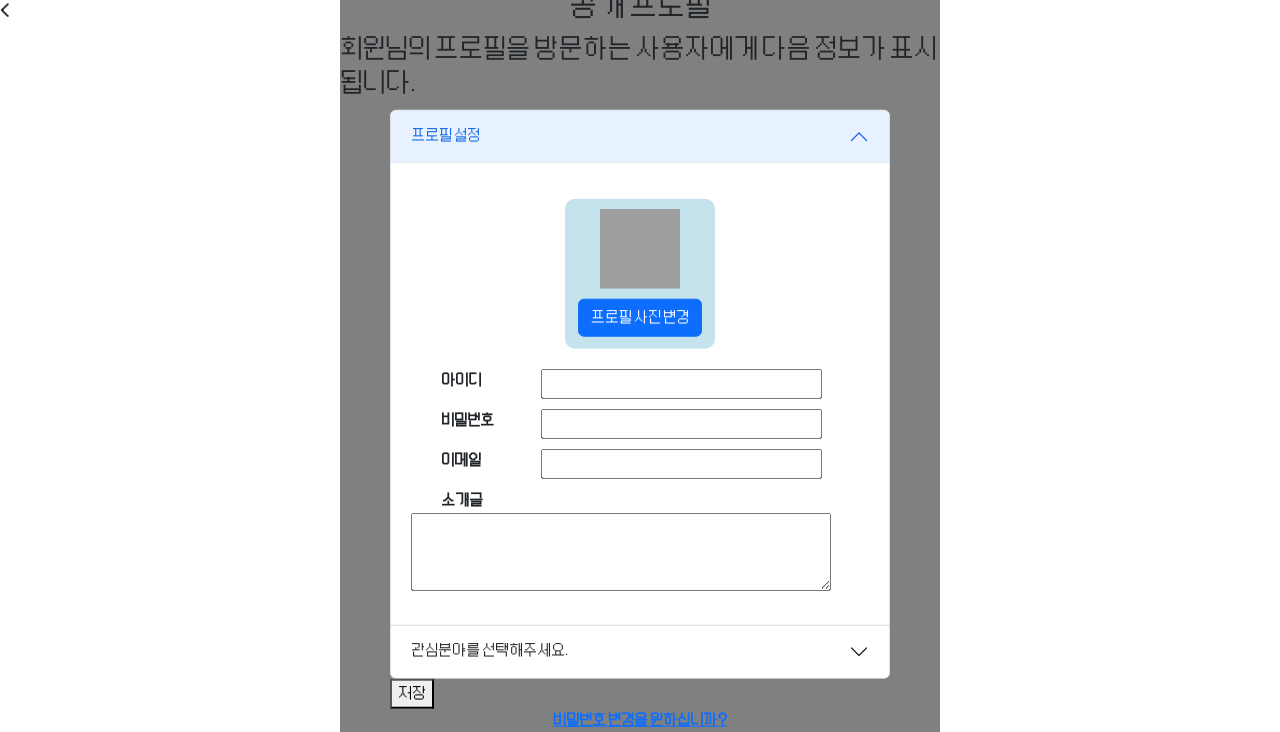
Repository: novemberjj/projects
Page: http://localhost/markup/WEB-INF/views/user/modify.jsp
An editor plug-in stored every save of this project. The page is shown before and after the next save, followed by the edit.
The browser window is 1280 px wide. The pictures show the whole page.
Pictures or frames that could not be fetched are drawn as grey boxes. Some web fonts or font styles are not loaded; a fallback is used. The page is served by Tomcat 9. Nobody is signed in. Other server files are loaded and not shown. The template is opened directly, without the code that normally fills it, so the values that code supplies are empty.

Above is the page before, as saved 2023-07-20 00:51:43.

### project2/_spring_team8/_spring_team8/markup/src/main/webapp/WEB-INF/views/user/modify.jsp
<%@ page language="java" contentType="text/html; charset=UTF-8" pageEncoding="UTF-8"%>
<!DOCTYPE html>
<html>
<head>
<meta charset="UTF-8">
<title>Insert title here</title>
<link href="https://cdn.jsdelivr.net/npm/bootstrap@5.2.3/dist/css/bootstrap.min.css" rel="stylesheet"
	integrity="sha384-rbsA2VBKQhggwzxH7pPCaAqO46MgnOM80zW1RWuH61DGLwZJEdK2Kadq2F9CUG65" crossorigin="anonymous">
<link rel="stylesheet" href="https://fonts.googleapis.com/css2?family=Material+Symbols+Outlined:opsz,wght,FILL,GRAD@48,400,0,0" />
<link href="../../resources/css/user/userModify.css" rel="stylesheet">
</head>
<body>

<script
	src="https://cdn.jsdelivr.net/npm/bootstrap@5.2.3/dist/js/bootstrap.bundle.min.js"
	integrity="sha384-kenU1KFdBIe4zVF0s0G1M5b4hcpxyD9F7jL+jjXkk+Q2h455rYXK/7HAuoJl+0I4"
	crossorigin="anonymous"></script>
<div class="joinbox">
<h2>공개 프로필</h2>
<h3>회원님의 프로필을 방문하는 사용자에게 다음 정보가 표시됩니다.</h3>
<form action="/member/modify" method="post" enctype="multipart/form-data">
	<div style="width: 500px;">
		<div class="accordion" id="accordionPanelsStayOpenExample">
			<div class="accordion-item">
				<h2 class="accordion-header" id="panelsStayOpen-headingOne">
					<button class="accordion-button" type="button" data-bs-toggle="collapse"
						data-bs-target="#panelsStayOpen-collapseOne" aria-expanded="true"
						aria-controls="panelsStayOpen-collapseOne">프로필 설정</button>
				</h2>
				<div id="panelsStayOpen-collapseOne" class="accordion-collapse collapse show"
					aria-labelledby="panelsStayOpen-headingOne">
					<div class="accordion-body">


					<!-- <div class="imgbox">
                <div id="previewbox">
                <img alt="" src="../../resources/images/profile/24.png" id="preview">
                </div>
               <button type="button" class="btn btn-primary profileBtn" data-bs-toggle="modal" data-bs-target="#staticBackdrop" id="close">
                  프로필 사진 설정
                </button>
				</div> -->

					<div class="imgbox">
					    <div id="previewbox">
					    <img alt="" src="/upload/profile/${uvo.imgFile }"  id="preview">
					    </div>
					    <!-- Button trigger modal -->
					    <button type="button" class="btn btn-primary profileBtn" data-bs-toggle="modal" data-bs-target="#staticBackdrop" id="close">프로필 사진 변경</button>
					    <input type="file" name="img" style="display: none">
					    </div>


					    <div class="modifyinputbox">
					    <div class="boxbox">
					    <div class="jointitle">아이디</div>
					    <input type="text" name="id" value="${uvo.id }" readonly="readonly"></div>
					     <div class="boxbox">
					    <div class="jointitle">비밀번호</div>
					    <input type="text" name="name" value="${uvo.name }">  </div>
					    <div class="boxbox">
					    <div class="jointitle">이메일</div>
					     <input type="email" name="email" value="${uvo.email }">   </div>
					     <div class="boxbox">
					    <div class="jointitle">소개글</div>
					    <textarea rows="3" cols="30" name="ucontent">${uvo.ucontent }</textarea></div>

					    </div>
					</div>

				</div>
			</div>
			<div class="accordion-item">
				<h2 class="accordion-header" id="panelsStayOpen-headingTwo">
					<button class="accordion-button collapsed" type="button"
						data-bs-toggle="collapse"
						data-bs-target="#panelsStayOpen-collapseTwo" aria-expanded="false"
						aria-controls="panelsStayOpen-collapseTwo">관심분야를 선택해주세요.</button>
				</h2>
				<div id="panelsStayOpen-collapseTwo" class="accordion-collapse collapse" aria-labelledby="panelsStayOpen-headingTwo">
				    <div class="accordion-body">
				      <div class="tagbox">
              <label for="checkbox1">
                <input type="checkbox" value="광물" id="checkbox1" name="utag" class="tags" ${uvo.utag.contains("광물") ? "checked" : ""}>광물</label>
                 <label for="checkbox2">
                <input type="checkbox" value="pvp" id="checkbox2" name="utag" class="tags"${uvo.utag.contains("pvp") ? "checked" : ""}>pvp</label>
                 <label for="checkbox3">
                <input type="checkbox" value="야생" id="checkbox3" name="utag" class="tags" ${uvo.utag.contains("야생") ? "checked" : ""}>야생</label>
                 <label for="checkbox4">
                <input type="checkbox" value="건축" id="checkbox4" name="utag" class="tags" ${uvo.utag.contains("건축") ? "checked" : ""}>건축</label>
                 <label for="checkbox5">
                <input type="checkbox" value="모드" id="checkbox5" name="utag" class="tags" ${uvo.utag.contains("모드") ? "checked" : ""}>모드</label>
                 <label for="checkbox6">
                <input type="checkbox" value="플러그인" id="checkbox6" name="utag" class="tags" ${uvo.utag.contains("플러그인") ? "checked" : ""}>플러그인</label>
                 <label for="checkbox7">
                <input type="checkbox" value="스킨" id="checkbox7" name="utag" class="tags" ${uvo.utag.contains("스킨") ? "checked" : ""}>스킨</label>
                 <label for="checkbox8">
                <input type="checkbox" value="텍스쳐팩" id="checkbox8" name="utag" class="tags" ${uvo.utag.contains("텍스쳐팩") ? "checked" : ""}>텍스쳐팩</label>
                 <label for="checkbox9">
                <input type="checkbox" value="쉐이더" id="checkbox9" name="utag" class="tags" ${uvo.utag.contains("쉐이더") ? "checked" : ""}>쉐이더</label>
               <label for="checkbox10">
                <input type="checkbox" value="귀여운 사진" id="checkbox10" name="utag" class="tags" ${uvo.utag.contains("귀여운 사진") ? "checked" : ""}>귀여운 사진</label>
                </div>

				       <%--  <input type="checkbox" value="광물" name="utag" ${uvo.utag.contains("광물") ? "checked" : ""}>광물
				        <input type="checkbox" value="pvp" name="utag" ${uvo.utag.contains("pvp") ? "checked" : ""}>pvp
				        <input type="checkbox" value="야생" name="utag" ${uvo.utag.contains("야생") ? "checked" : ""}>야생
				        <input type="checkbox" value="건축" name="utag" ${uvo.utag.contains("건축") ? "checked" : ""}>건축
				        <input type="checkbox" value="모드" name="utag" ${uvo.utag.contains("모드") ? "checked" : ""}>모드
				        <br>
				        <input type="checkbox" value="플러그인" name="utag" ${uvo.utag.contains("플러그인") ? "checked" : ""}>플러그인
				        <input type="checkbox" value="스킨" name="utag" ${uvo.utag.contains("스킨") ? "checked" : ""}>스킨
				        <input type="checkbox" value="텍스쳐팩" name="utag" ${uvo.utag.contains("텍스쳐팩") ? "checked" : ""}>텍스쳐팩
				        <input type="checkbox" value="쉐이더" name="utag" ${uvo.utag.contains("쉐이더") ? "checked" : ""}>쉐이더
				        <input type="checkbox" value="귀여운 사진" name="utag" ${uvo.utag.contains("귀여운 사진") ? "checked" : ""}>귀여운 사진 --%>
				    </div>
				</div>
			</div>
		</div>
	</div>

<button type="submit">저장</button>
</form>
<a href="#" data-bs-toggle="modal" data-bs-target="#exampleModal" data-bs-whatever="@mdo">비밀번호 변경을 원하십니까?</a>
</div>

 <!-- Modal -->
					    <div class="modal fade hidePrevented.bs.modal" id="staticBackdrop" data-bs-backdrop="static" data-bs-keyboard="false" tabindex="-1" aria-labelledby="staticBackdropLabel" aria-hidden="true">
					        <div class="modal-dialog modal-lg modal-dialog-centered">
					            <div class="modal-content">
					                <div class="modal-header">
					                    <h1 class="modal-title fs-5" id="staticBackdropLabel">프로필 사진 변경</h1>
					                    <button type="button" class="btn-close" data-bs-dismiss="modal" aria-label="Close"></button>
					                </div>
					                <div class="modal-body">
					                    <div id="choiceImg">
					                        <img class="profile_img" src="../../resources/images/profile/zombie.png"  onclick="showPreview('/resources/images/profile/zombie.png')">
					                        <img class="profile_img" src="../../resources/images/profile/villager.png"  onclick="showPreview('/resources/images/profile/villager.png')">
					                        <img class="profile_img" src="../../resources/images/profile/enderman.jpg"  onclick="showPreview('/resources/images/profile/enderman.jpg')">
					                        <img class="profile_img" src="../../resources/images/profile/pig.jpg"  onclick="showPreview('/resources/images/profile/pig.jpg')">
					                        <img class="profile_img" src="../../resources/images/profile/steve.jpg"  onclick="showPreview('/resources/images/profile/steve.jpg')">
					                        <img id="mypic" src="../../resources/images/profile/24.png" alt="Preview" >
					                        <input type="file" name="img" id="file" accept="image/png, image/jpg, image/jpeg, image/bmp, image/gif" style="display: none" onchange="previewImage(this)">
					                    </div>
					                </div>
					            </div>
					        </div>
					    </div>


<<div class="modal fade hidePrevented.bs.modal" id="exampleModal" data-bs-backdrop="static" tabindex="-1" aria-labelledby="exampleModalLabel" aria-hidden="true">
    <div class="modal-dialog">
        <div class="modal-content">
            <div class="modal-header">
                <h1 class="modal-title fs-5" id="exampleModalLabel">비밀번호 변경</h1>
                <button type="button" class="btn-close" data-bs-dismiss="modal" aria-label="Close"></button>
            </div>
            <div class="modal-body">
                <form>
                    <div class="mb-3">
                        <label for="recipient-name" class="col-form-label">기존 비밀번호를 입력해주세요.</label>
                        <input type="hidden" value="${ses.id }" name="id" id="id"> <br>
                        <input type="password" class="form-control" id="oldPw">
                        <button type="button" id="checkBtn">확인</button>
                        <span id="resultMent"></span>
                    </div>
                </form>
            </div>
        </div>
    </div>
</div>




<script type="text/javascript" src="/resources/js/user/userModify.js"></script>

</body>
</html>

### project2/_spring_team8/_spring_team8/markup/src/main/webapp/resources/css/user/userModify.css
@charset "UTF-8";
@font-face {
    font-family: "galmuri";
    src: url("/resources/fonts/Galmuri9.ttf") format("truetype");
  }
  @font-face {
    font-family: "stardust";
    src: url("/resources/fonts/PF스타더스트.ttf") format("truetype");
  }

body {
    font-family: "stardust", sans-serif;
    font-size: 16px;
    font-weight: 600;
    position: relative;
  height: 100vh;
  margin: 0;
  padding: 0;

  }

  .joinbox{
    background-color: gray;
    width: 600px;
    position: absolute;
  left: 50%;
    top: 50%;
    transform: translate(-50%,-50%);

   display: flex;
    flex-direction: column;
    align-items: center;
    justify-content: center;
  }

  .jointitle{
    float: left;
    width: 100px;
    margin-left: 30px;

  }

  .boxbox{
   margin-bottom: 10px;
  }

  .imgbox{
    margin-top: 20px;
    width: 150px;
    height: 150px;
    background-color:rgba(173, 216, 230, 0.712);
    text-align: center;
    position: relative;
    left: 50%;
    transform: translateX(-50%);
    border-radius: 10px 10px 10px 10px;
    margin-bottom: 20px;

  }

  #previewbox{
    margin-bottom: 10px;
  }

  .profile_img{
    margin-right: 15px;
    width: 80px;
    height: 80px;
  }

  #preview{
    margin-top: 10px;
    width: 80px;
    height: 80px;
  }

  #choiceImg{
    width: 600px;
    position: relative;
    left: 50%;
    transform: translate(-50%);
  }

  #mypic{
    border: 1ps solid black;
    width: 80px;
    height: 80px;
  }

  .profileBtn{
    margin-bottom: 10px;
  }

  .tagbox{
    margin-top: 20px;
    margin-bottom: 20px;
    line-height: 40px;
  }

  .tagbox > label{
    width: 90px;

  }

  .tagbox > label> input{
    margin-right: 5px;
  }

  #formBtn{
    position: relative;
    left: 50%;
    transform: translateX(-50%);
    margin-top: 30px;
    margin-bottom: 30px;
  }

  .pwchangeBtn{
    margin-bottom: 30px;
  }
  .pwchangeBtn > a{

    font-size: 18px;
    color: white;

  }

  .pwchangeBtn > a:hover{

    font-size: 18px;
    color: black;

  }

### project2/_spring_team8/_spring_team8/markup/src/main/webapp/resources/js/user/userModify.js
async function pwcheckToServer(userData){
try{
    console.log(userData);
    const url='/member/certify';
    const config={
        method:'post',
        headers:{
            'content-type':'application/json; charset=utf-8'
        },
        body:JSON.stringify(userData)
    };
    const resp=await fetch(url, config);
    const result=await resp.text();
    return result;
}catch(err){
    console.log(err);
}
}

document.getElementById('checkBtn').addEventListener('click',()=>{
    userData={
        id: document.getElementById('id').value,
        pw: document.getElementById('oldPw').value

    }
    console.log(userData.id, userData.pw);
    pwcheckToServer(userData).then(result=>{
        if(result>0){
            let li=`<ul><li><span class="material-symbols-outlined">check</span> 비밀번호가 확인되었습니다.</li>`;
            li+=`<li>변경할 비밀번호를 입력해주세요.</li>`;
            li +=`<li id="pwMent"><input type="password" id="newPw" class="form-control newPw"><span id="spanment"></span></li>`;
            li +=`<li>비밀번호 재확인 <input type="password" id="pwCheck" class="form-control pwCheck"><span id="checkment"></span></li>`;
            li+=`<button type="button" class="changeBtn" disabled="disabled">변경</button></li></ul>`;
            document.getElementById('resultMent').innerHTML=li;
        }else{
            document.getElementById('resultMent').innerHTML=`비밀번호가 맞지않습니다.`;
        }
    })
})


// 이벤트 위임: 상위 요소에 이벤트를 등록하고 동적으로 생성된 요소에서 실제 이벤트 처리
// document.getElementById('resultMent').addEventListener('input', function(event) {
//     if (event.target.id === 'newPw') {
//       const password = event.target.value;
//       const regex = /^(?=.*[A-Za-z])(?=.*\d)(?=.*[!@#$%^*+=-])[A-Za-z\d!@#$%^*+=-]{8,}$/;

//       if (regex.test(password)) {
//         // 비밀번호가 조건을 충족할 경우 실행할 코드
//         document.getElementById('spanment').innerText='';
//       } else {
//         document.getElementById('spanment').innerText= '비밀번호는 영어, 숫자, 특수문자(!,@,#,$,%,^,*,+,=,-)를 포함한 8자 이상이어야 합니다.';
//       }
//     }
//     if(event.target.id==='pwCheck'){
//       const password=event.target.value;
//       const newPw=

//     }
//   });

let isNewPw; // 값을 저장할 변수

document.addEventListener('input', (e) => {
  document.querySelector('.changeBtn').disabled=true;
  if (e.target.classList.contains('newPw')) {
    const password = e.target.value;
    const regex = /^(?=.*[A-Za-z])(?=.*\d)(?=.*[!@#$%^*+=-])[A-Za-z\d!@#$%^*+=-]{8,}$/;

    if (regex.test(password)) {
      isNewPw = password; // 조건을 충족하는 경우 변수에 값을 저장
      document.getElementById('spanment').innerText = '';
    } else {
      document.getElementById('spanment').innerText = '비밀번호는 영어, 숫자, 특수문자(!,@,#,$,%,^,*,+,=,-)를 포함한 8자 이상이어야 합니다.';
    }
  }

  if (e.target.classList.contains('pwCheck')) {
    const checkpassword = e.target.value;

      // 첫 번째 조건을 충족하는 경우에만 실행
      if (checkpassword === isNewPw) {
        document.getElementById('checkment').innerText = '비밀번호가 일치합니다.';
        document.querySelector('.changeBtn').disabled=false;
      } else {
        document.getElementById('checkment').innerText = '비밀번호가 일치하지 않습니다.';
      }

  }
});



document.addEventListener('click',(e)=>{
    if(e.target.classList.contains('changeBtn')){
        const pw=document.getElementById('newPw').value;
        const oldPw=document.getElementById('oldPw').value;
        if(pw==oldPw){
            alert('기존의 비밀번호로는 변경할 수 없습니다.');
            return;
        }

        userData={
            id : document.getElementById('id').value,
            pw: document.getElementById('newPw').value
        };
        editPwToServer(userData).then(result=>{
            if(result>0){
                alert('비밀번호 변경이 완료되었습니다. 다시 로그인해주세요.');
                //세션끊기
                window.location.href = 'logout';
            }
        })
    }
})

function logout() {
    // 세션을 끊는 로직을 여기에 구현
    // 예를 들어, 로그아웃 API를 호출하거나 세션 관련 정보를 삭제하는 등의 작업을 수행

    // 세션을 끊은 후 로그인 페이지로 이동
    window.location.href = 'home';
}

async function editPwToServer(userData){
    try{
        const url='/member/';
        const config={
            method:'put',
            headers:{
                'content-type':'application/json; charset=utf-8'
            },
            body:JSON.stringify(userData)
        };
        const resp=await fetch(url, config);
        const result=await resp.text();
        return result;
    }catch(err){
        console.log(err);
    }
}



document.addEventListener('click', (e) => {
    if (e.target.classList.contains('profile_img')) {
      var url = e.target.src;
      var startIndex = url.indexOf("/resources/");
      var imgUrl = url.substring(startIndex);
        console.log(imgUrl);
      var xhr = new XMLHttpRequest();
      xhr.open('GET', imgUrl, true);
      xhr.responseType = 'blob';

      xhr.onload = function(e) {
        if (this.status == 200) {
          var blob = this.response;
          var filename = imgUrl.substring(imgUrl.lastIndexOf("/") + 1);
          var file = new File([blob], filename, { type: blob.type });

          var input = document.getElementById('file');
          var fileInput = new DataTransfer();
          fileInput.items.add(file);
          input.files = fileInput.files;
          console.log(input.files);
        }
      };

      xhr.send();
    }
  });

  document.getElementById('mypic').addEventListener('click',()=>{
    document.getElementById('file').click();
  })

  const myModal = document.getElementById('myModal')
  const myInput = document.getElementById('myInput')

  // myModal.addEventListener('shown.bs.modal', () => {
  //   myInput.focus()
  // })

  function showPreview(imageSrc) {
    document.getElementById('preview').src=imageSrc;
   document.getElementById('close').click(); // 모달 창 닫기
  }


  function previewImage(input) {
    if (input.files && input.files[0]) {
      var reader = new FileReader();
      reader.onload = function (e) {
        console.log(e.target.result);
        document.getElementById('preview').src = e.target.result;
        document.getElementById('close').click(); // 모달 창 닫기
      };
      reader.readAsDataURL(input.files[0]);
    }

  }

After the next save:
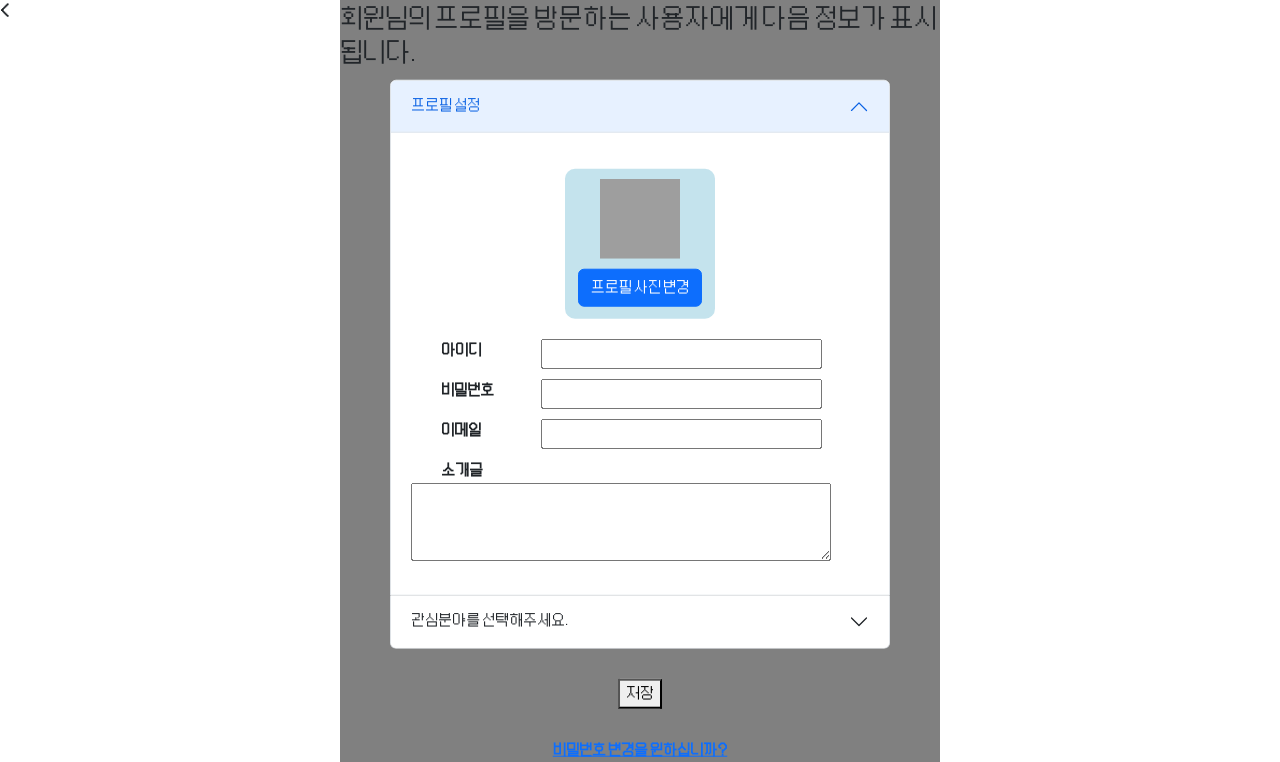
Saved 90 s later.
--- a/project2/_spring_team8/_spring_team8/markup/src/main/webapp/WEB-INF/views/user/modify.jsp
+++ b/project2/_spring_team8/_spring_team8/markup/src/main/webapp/WEB-INF/views/user/modify.jsp
@@ -119,7 +119,7 @@
 		</div>
 	</div>
 
-<button type="submit">저장</button>
+<button type="submit" id="formBtn">저장</button>
 </form>
 <a href="#" data-bs-toggle="modal" data-bs-target="#exampleModal" data-bs-whatever="@mdo">비밀번호 변경을 원하십니까?</a>
 </div>
